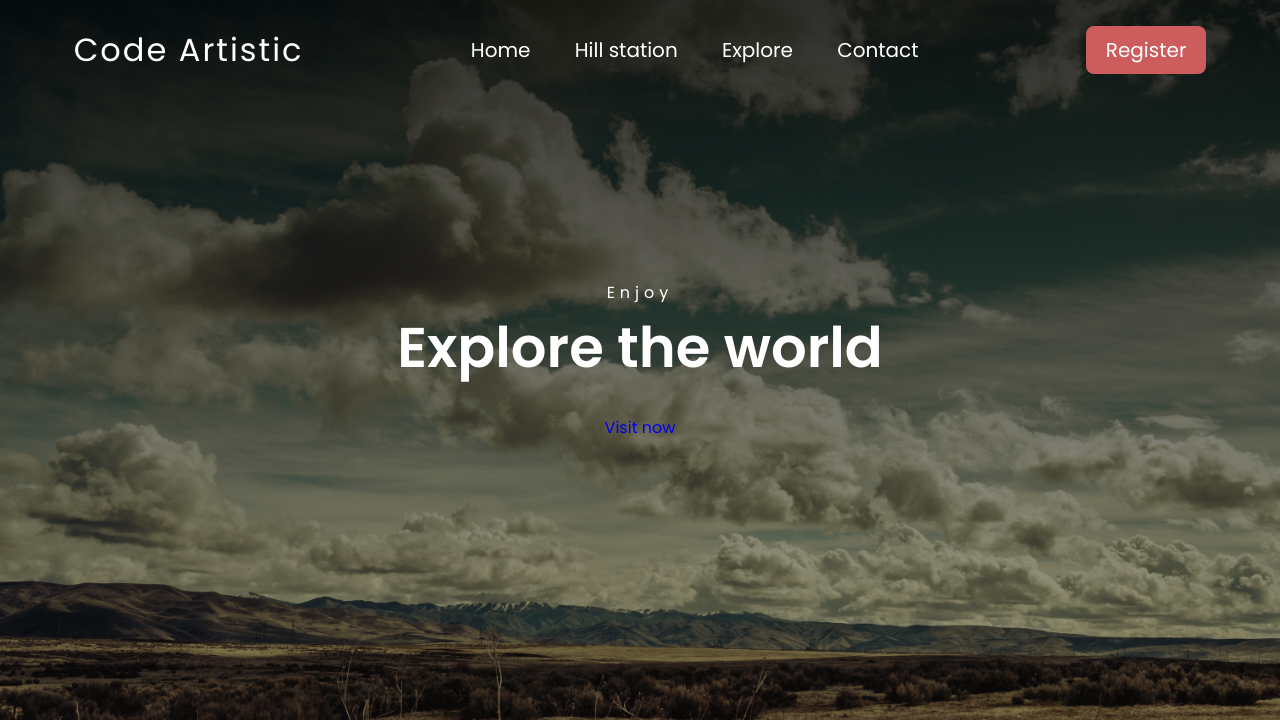
Repository: Ruxmary7/energy
Page: starter/index.html
These files come from the project's save history. The page is drawn as it stood at one moment and after a run of saves; the edit follows.
The browser window is 1280 px wide. The pictures show the whole page.

Above is the page before, as saved 2025-01-10 22:15:04.

### starter/index.html
<!DOCTYPE html>
<html lang="en">
<head>
    <meta charset="UTF-8">
    <meta name="viewport" content="width=device-width, initial-scale=1.0">
    <title>Landing page</title>
    <link rel="stylesheet" href="style.css">
</head>
<body>
    <header>
<nav>
    <div class="logo">
Code Artistic
    </div>
<div class="menu">
    <a href="#">Home</a>
    <a href="#">Hill station</a>
    <a href="#">Explore</a>
<a href="#">Contact</a>

</div>
<div class="register">
    <a href="#">Register</a>
</div>
</nav>

<section class="h-text">
    <span>Enjoy</span>
<h1>Explore the world</h1>
<br>
<a href="#">Visit now</a>
</section>

    </header>
</body>
</html>

### starter/style.css

@import url('https://fonts.googleapis.com/css2?family=Hind&family=Poppins:ital,wght@0,200;0,300;0,400;0,500;0,600;1,200&display=swap');

* {
    padding: 0;
    margin: 0;
    box-sizing: border-box;
}

header {
    width: 100%;
    height: 100vh;
    background: linear-gradient(rgba(0,0,0,0.8), rgba(0,0,0,0.2)) , url(12.jpg);
    background-size: cover;
    font-family: Poppins, sans-serif;
 nav {
    width: 100%;
    height: 100px;
    color: #fff;
    display: flex;
    justify-content: space-around;
align-items: center;
 }
 .logo {
font-size: 2em;
letter-spacing: 2px;
 }
 .menu a {
    text-decoration: none;
    color: #fff;
    padding: 10px 20px;
   font-size: 20px;
 }
 .register a{
    text-decoration: none;
    color: #fff;
    padding: 10px 20px;
   font-size: 20px;
   border-radius: 8px;
   background: indianred;
 }
 .h-text {
    position: absolute;
    top: 50%;
    left: 50%;
    max-width: 650px;
    transform: translate(-50%, -50%);
    text-align: center;
    color: #fff;
 }
 .h-text span{
    letter-spacing: 5px;
 }
 .h-text h1 {
    font-size: 3.5em;
 }
 .h-text a{
    text-decoration: none;
 }
}

After the next 2 saves:
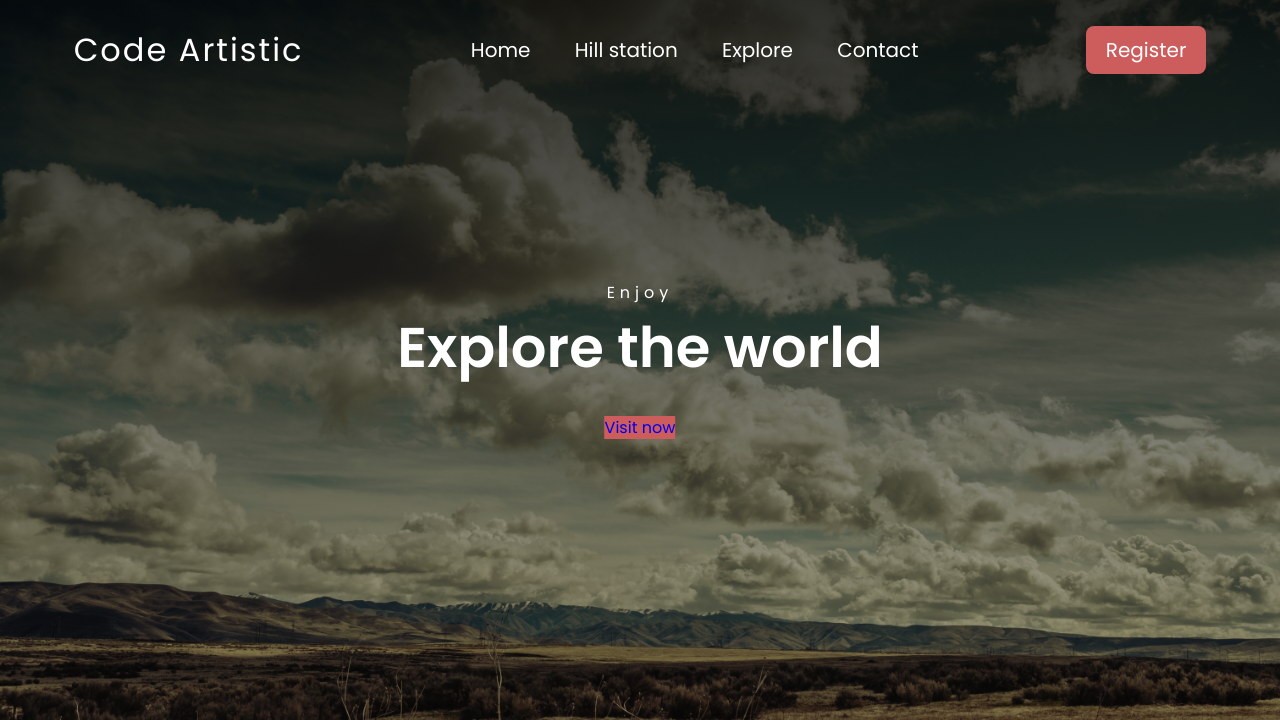
The 2 saves are shown as one change because they came seconds apart.
The last was saved 11 s later.
--- a/starter/style.css
+++ b/starter/style.css
@@ -56,5 +56,6 @@ letter-spacing: 2px;
  }
  .h-text a{
     text-decoration: none;
+    background: indianred;
  }
 }
